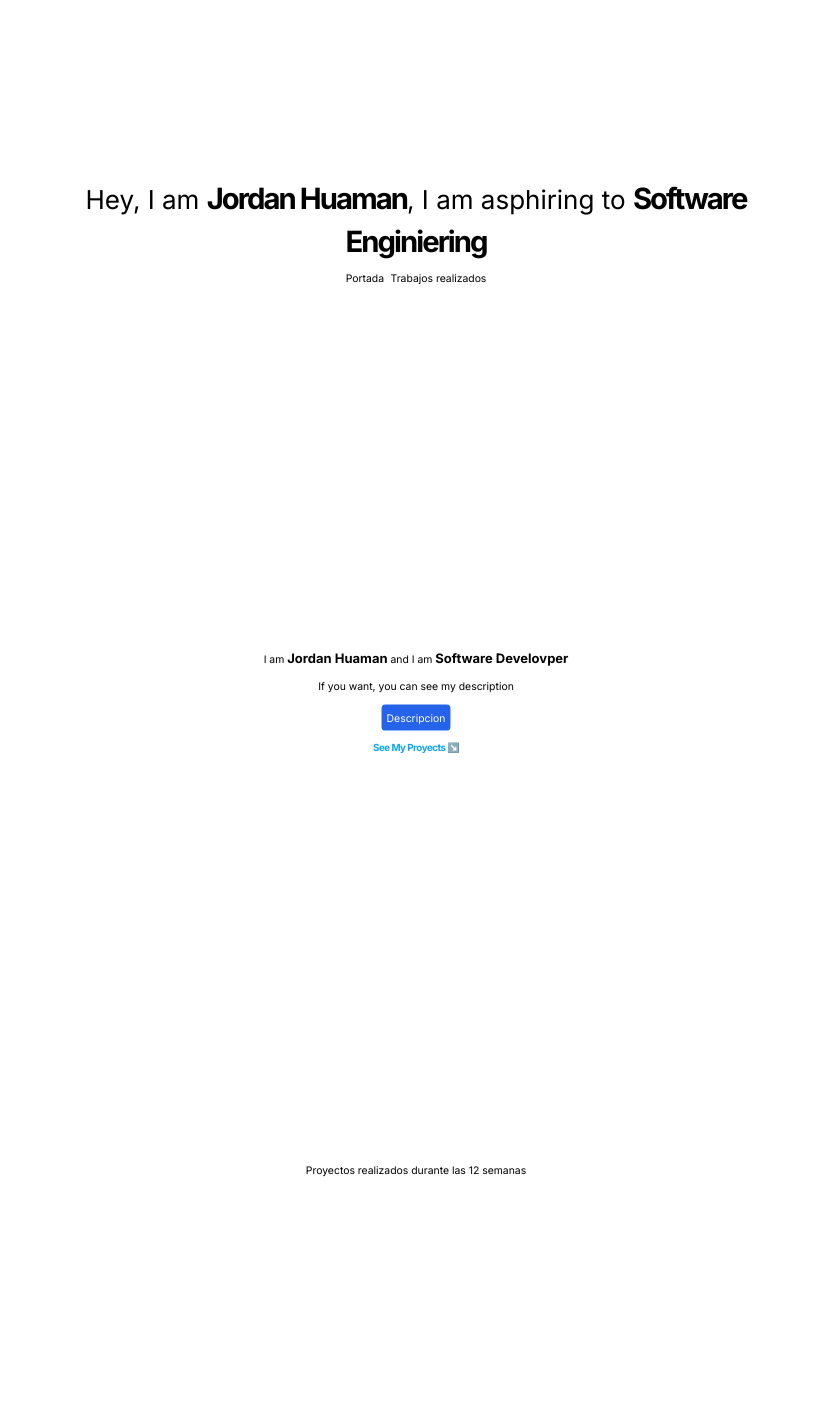
Repository: devsecops-node/portafolio-nextj-pages
Page: /
The author's editor kept a copy of each file at every save. The page is drawn from the files as they stood at one save, then again after the next save.
The browser window is 1280 px wide. The pictures show the whole page, at 65% of full size.
The project was rebuilt for these pictures with package versions that can differ from the ones it lists, and the page was loaded fresh each time. The framework's server and built-in components were replaced by stand-ins that run in the browser. Also part of the build but not shown: next.config.js, src/components/Modal.jsx, src/styles/transitionPage.module.css.

Above is the page before, as saved 2024-01-15 04:29:08.

### src/app/page.js
"use client"
import Dashboard from '@/components/Dashboard'
import Transition from '@/components/Transition'
import Image from 'next/image'
import { useEffect, useState } from 'react'

export default function Home() {
  const [showAnimation, setShowAnimation] = useState(true)

  useEffect(() => {
    console.log('Ejecutando')
    setTimeout(() => {
      setShowAnimation(false)
    }, 2000)
  }, [])
  return (
    <main className='h-[100vh]'>
      {showAnimation ? <Transition /> : <Dashboard />}
    </main>
  )
}

### src/components/Dashboard.jsx
import React from 'react'
import stles from "@/styles/dashboard.module.css"
import Portada from './Portada'
import { useRef } from 'react'
import Proyects from './Proyects'

const Dashboard = () => {

  const scrollToPortada = () => {
    const portada = document.getElementById('portada')

    if (portada) {
      console.log('ejecutando id')
      portada.scrollIntoView({ behavior: 'smooth' })
    }
  }

  const scrollToProyects = () => {
    const portada = document.getElementById('proyects')

    if (portada) {
      console.log('ejecutando id')
      portada.scrollIntoView({ behavior: 'smooth' })
    }
  }

  return (
    <section className={stles.home_view}>
      <div className='h-screen flex justify-center items-center flex-col'>
        <div className={stles.home_view_principal}>
          <p className={stles.animar_text} id='detec'> Hey, I am <span className="animacion-bolder">Jordan
            Huaman</span>, I am asphiring to <span className={stles.detect}>Software Enginiering</span>
          </p>
        </div>
        <div className={stles.home_view_links}>
          <a onClick={scrollToPortada} className={stles.animar_abajo}>
            <p>Portada</p>
          </a>
          {/* <a href="" className={stles.animar_abajo}>
            <p>Bienvenida Introduccion</p>
          </a>
          <a href="" className={stles.animar_arriba}>
            <p>Tabla de contenido</p>
          </a><a href="" className={stles.animar_arriba}>
            <p>Informacion sobre mi</p>
          </a> */}
          <a  onClick={scrollToProyects} className={stles.animar_abajo}>
            <p>Trabajos realizados</p>
          </a>

        </div>
        <div>
        </div>
      </div>
      <div id='portada'>
        <Portada scrolProyects={scrollToProyects}/>
      </div>
      <div id='proyects'>
        <Proyects/>
      </div>
    </section>
  )
}

export default Dashboard

### src/components/Transition.jsx
import React from 'react'
import styles from "@/styles/transitionPage.module.css"

const Transition = () => {
  return (
    <div className={styles.home}>
      <main className=''>
        <p className={styles.text_1}>Jh</p>
        <p className={styles.text_2}>Jordan Huaman - Porfolio</p>
      </main>
      <footer>
        <p className={styles.text_3}>Software Engineerin - 2024</p>
      </footer>
    </div>
  )
}

export default Transition

### src/styles/dashboard.module.css
/* ? Home-view part */
.home_view {
  height: 100%;
}

.animar_text {
  animation: apper-2 2s;
  -webkit-animation: apper-2 2s;
}

.home_view_principal {
  width: 90%;
  margin: 0 auto;
}

.home_view_principal p {
  text-align: center;
  font-size: 40px;
}

.home_view_principal p span {
  font-size: 45px;
  letter-spacing: -3px;
  font-weight: bold;
}

.home_view_principal p span:hover .child {
  background-color: red;
}

@keyframes apper-2 {
  0% {
    opacity: 0;
    transform: translateY(-200px);
    -webkit-transform: translateY(-200px);
    -moz-transform: translateY(-200px);
    -ms-transform: translateY(-200px);
    -o-transform: translateY(-200px);
  }

  50% {
    opacity: 1;
    transform: translateY(-20px);
    -webkit-transform: translateY(-20px);
    -moz-transform: translateY(-20px);
    -ms-transform: translateY(-20px);
    -o-transform: translateY(-20px);
  }

  100% {
    opacity: 1;
    transform: translateY(0px);
    -webkit-transform: translateY(0px);
    -moz-transform: translateY(0px);
    -ms-transform: translateY(0px);
    -o-transform: translateY(0px);
  }
}

.home_view_links {
  display: flex;
  padding: 10px;
  justify-content: space-between;
  gap: 10px;
}

/* Line aniamtion */
.line-animation {
  display: inline;
  cursor: pointer;
  position: relative;
  /* padding: 5px; */
}

.line-animation::after {
  /* margin-top: 10px; */
  content: "";
  position: absolute;
  width: 100%;
  height: 3px;
  top: auto;
  bottom: 14px;
  left: -4px;
  transform: scaleX(0);
  box-shadow: 0 5px 0 black;
  transform-origin: bottom right;
  transition: transform 0.5s ease-out;
}

.line-animation:hover:after {
  transform: scaleX(1);
  transform-origin: bottom left;
}

.animacion-bolder {
  animation: animar-bold 2s linear alternate slidein;
  -webkit-animation: animar-bold 2s linear alternate slidein;
}

.animar_arriba{
  animation: apper-arriba 2s;
  -webkit-animation: apper-arriba 2s;
}
.animar_abajo{
  cursor: pointer;
  animation: apper-abajo 2s;
  -webkit-animation: apper-abajo 2s;

}

@keyframes apper-arriba {
  0% {
    opacity: 0;
    transform: translateY(200px);
    -webkit-transform: translateY(200px);
    -moz-transform: translateY(200px);
    -ms-transform: translateY(200px);
    -o-transform: translateY(200px);
}

  50% {
    opacity: 1;
    transform: translateY(-20px);
    -webkit-transform: translateY(-20px);
    -moz-transform: translateY(-20px);
    -ms-transform: translateY(-20px);
    -o-transform: translateY(-20px);
  }

  100% {
    opacity: 1;
    transform: translateY(0px);
    -webkit-transform: translateY(0px);
    -moz-transform: translateY(0px);
    -ms-transform: translateY(0px);
    -o-transform: translateY(0px);
  }
}
@keyframes apper-abajo {
  0% {
    opacity: 0;
    transform: translateY(-200px);
    -webkit-transform: translateY(-200px);
    -moz-transform: translateY(-200px);
    -ms-transform: translateY(-200px);
    -o-transform: translateY(-200px);
}

  50% {
    opacity: 1;
    transform: translateY(-20px);
    -webkit-transform: translateY(-20px);
    -moz-transform: translateY(-20px);
    -ms-transform: translateY(-20px);
    -o-transform: translateY(-20px);
  }

  100% {
    opacity: 1;
    transform: translateY(0px);
    -webkit-transform: translateY(0px);
    -moz-transform: translateY(0px);
    -ms-transform: translateY(0px);
    -o-transform: translateY(0px);
  }
}

@keyframes animar-bold {
  0% {
    opacity: 0;
  }

  100% {
    opacity: 1;
  }
}

### src/components/Portada.jsx
import React, { useState } from 'react'
import Modal from './Modal'

const Portada = ({ scrolProyects }) => {
  const [modal, setModal] = useState(false)
  const showModal = () => {
    setModal(true)
  }
  const closeModal = () => {
    setModal(false)
  }

  const srolPro = () => {
    scrolProyects()
  }

  return (
    <div className='h-screen flex justify-center items-center relative'>
      <section className='flex justify-center flex-col items-center gap-4'>
        <p>I am <span className='text-[20px] font-bold'>Jordan Huaman</span> and I am <span className='text-[20px] font-bold'>Software Develovper</span></p>
        <p>If you want, you can see my description</p>
        <button onClick={showModal} className='bg-blue-600 p-2 rounded-md text-white hover:scale-105 duration-150 ease-in-out'>Descripcion</button>
        {modal ? <Modal setModal={closeModal}  /> : <></>}
        <p className='text-sky-500 font-bold tracking-tighter text-[15px] transition-all duration-150 hover:scale-105 ease-in-out cursor-pointer' onClick={srolPro}>See My Proyects <span>↘️</span></p>
      </section>
    </div>
  )
}

export default Portada

### src/components/Proyects.jsx
import React from 'react'

const Proyects = () => {
  return (
    <div className='h-screen flex justify-center items-center'>
      <p>Proyectos realizados durante las 12 semanas</p>
    </div>
  )
}

export default Proyects

Loaded but not shown: src/app/layout.js (common file); src/app/globals.css (common file); tailwind.config.js (common file)

After the next save:
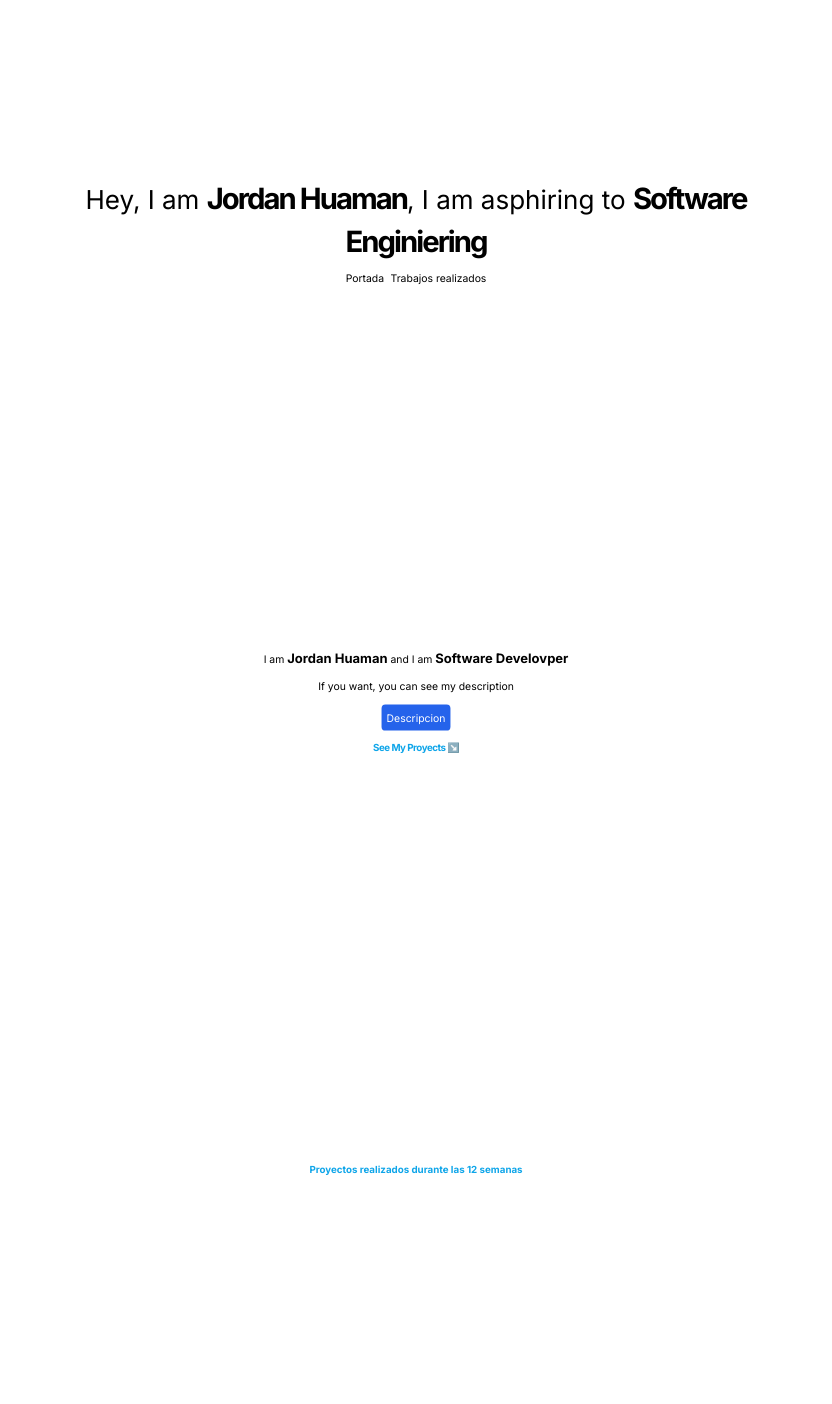
Saved 29 s later.
--- a/src/components/Proyects.jsx
+++ b/src/components/Proyects.jsx
@@ -3,7 +3,7 @@ import React from 'react'
 const Proyects = () => {
   return (
     <div className='h-screen flex justify-center items-center'>
-      <p>Proyectos realizados durante las 12 semanas</p>
+      <p className='text-sky-500 font-bold text-[15px] '>Proyectos realizados durante las 12 semanas</p>
     </div>
   )
 }
